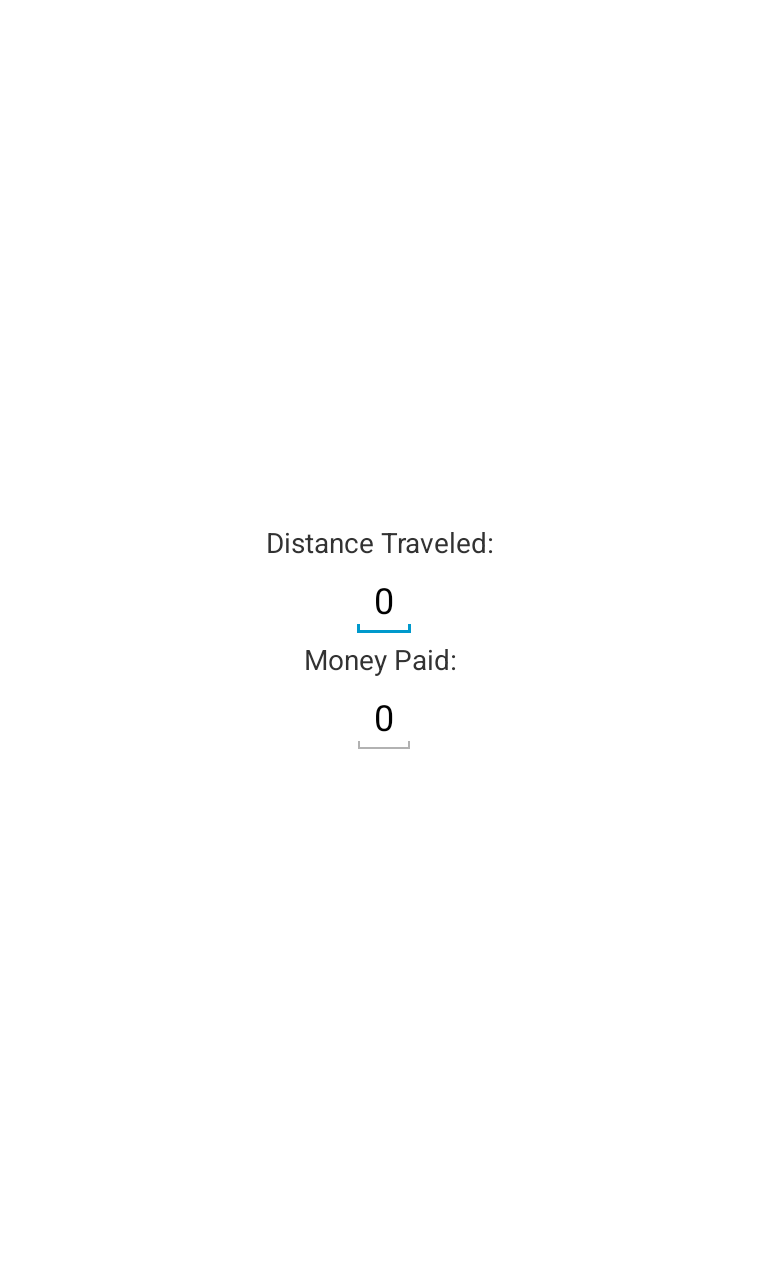
Repository: kingstonbg/workspaceAndroid
Layout: TaxiRoute/res/layout/activity_after_tracking.xml
An editor plug-in stored every save of this project. The layout is shown before and after the next save, followed by the edit.
It is drawn on a 768 x 1280 px phone screen (xhdpi) without system bars, with theme AppTheme; the app's code is not run.

Above is the layout before, as saved 2013-03-06 14:48:07.

### TaxiRoute/res/layout/activity_after_tracking.xml
<?xml version="1.0" encoding="utf-8"?>
<LinearLayout xmlns:android="http://schemas.android.com/apk/res/android"
    android:layout_width="match_parent"
    android:layout_height="match_parent"
    android:orientation="vertical"
    android:gravity="center" >

    <TextView
        android:id="@+id/distanceTraveledLabel"
        android:layout_width="wrap_content"
        android:layout_height="wrap_content"
        android:text="Distance Traveled: " />
    <EditText
        android:id="@+id/distanceTraveledText"
        android:layout_width="wrap_content"
        android:layout_height="wrap_content"
        android:text="0"
        android:editable="false" />

     <requestFocus>
     </requestFocus>

     <TextView
        android:id="@+id/moneyPaidLabel"
        android:layout_width="wrap_content"
        android:layout_height="wrap_content"
        android:text="Money Paid: " />
    <EditText
        android:id="@+id/moneyPaidText"
        android:layout_width="wrap_content"
        android:layout_height="wrap_content"
        android:text="0"
        android:editable="false" />

</LinearLayout>

Loaded but not shown: TaxiRoute/res/values/styles.xml (common file); TaxiRoute/res/values-v11/styles.xml (common file); TaxiRoute/res/values-v14/styles.xml (common file)

After the next save:
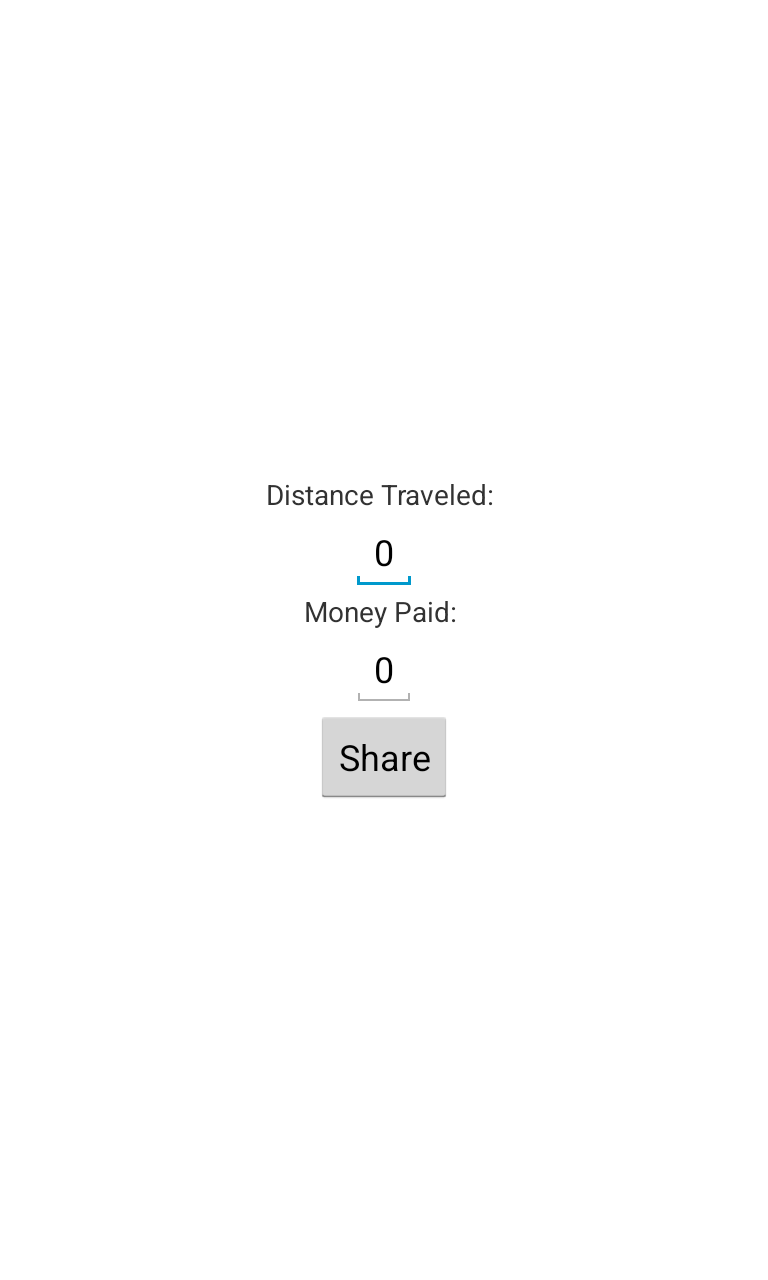
Saved 4 min 57 s later.
--- a/TaxiRoute/res/layout/activity_after_tracking.xml
+++ b/TaxiRoute/res/layout/activity_after_tracking.xml
@@ -32,4 +32,10 @@
         android:text="0"
         android:editable="false" />
 
+    <Button
+        android:id="@+id/share"
+        android:layout_width="wrap_content"
+        android:layout_height="wrap_content"
+        android:text="Share" />
+
 </LinearLayout>
